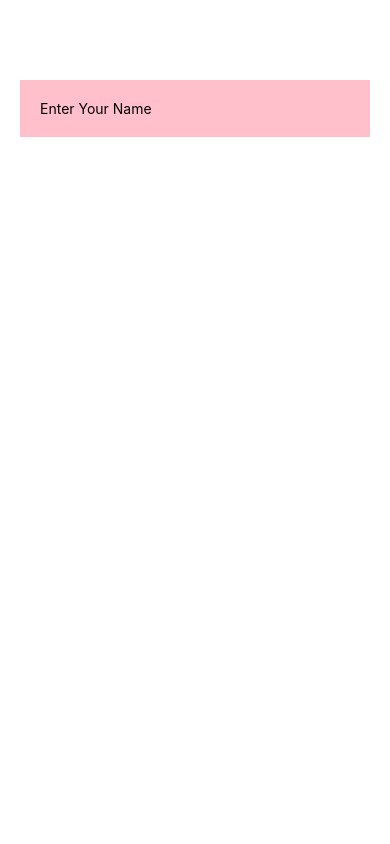
Repository: akinmiday/ReactNativeApp
Screen: /
The author's editor kept a copy of each file at every save. The screen is drawn from the files as they stood at one save, then again after the next save.
The app was drawn by React Native's web renderer in a window 390 px wide. The project was rebuilt for these pictures with package versions that can differ from the ones it lists, and the page was loaded fresh each time.

Above is the screen before, as saved 2023-08-05 06:37:43.

After the next save:
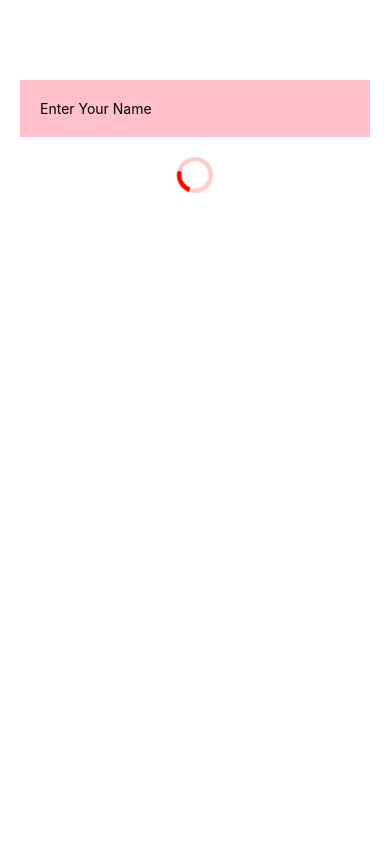
Saved 14 s later.
--- a/App.js
+++ b/App.js
@@ -14,7 +14,7 @@ export default function App() {
         placeholder="Enter Your Name"
         onChangeText={(text) => setName(text)}
       />
-      <ActivityIndicator size="large" color="red" animating={false} />
+      <ActivityIndicator size="large" color="red" />
     </View>
   );
 }

After the save that followed:
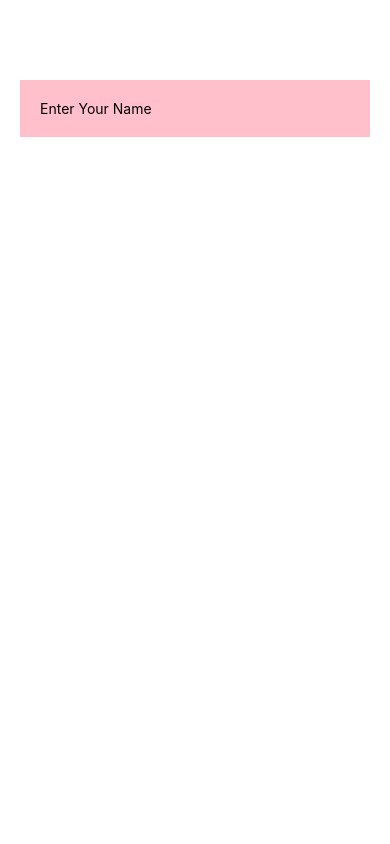
Saved 45 s later.
--- a/App.js
+++ b/App.js
@@ -14,7 +14,7 @@ export default function App() {
         placeholder="Enter Your Name"
         onChangeText={(text) => setName(text)}
       />
-      <ActivityIndicator size="large" color="red" />
+      <ActivityIndicator size="large" color="red" animating={false} />
     </View>
   );
 }
